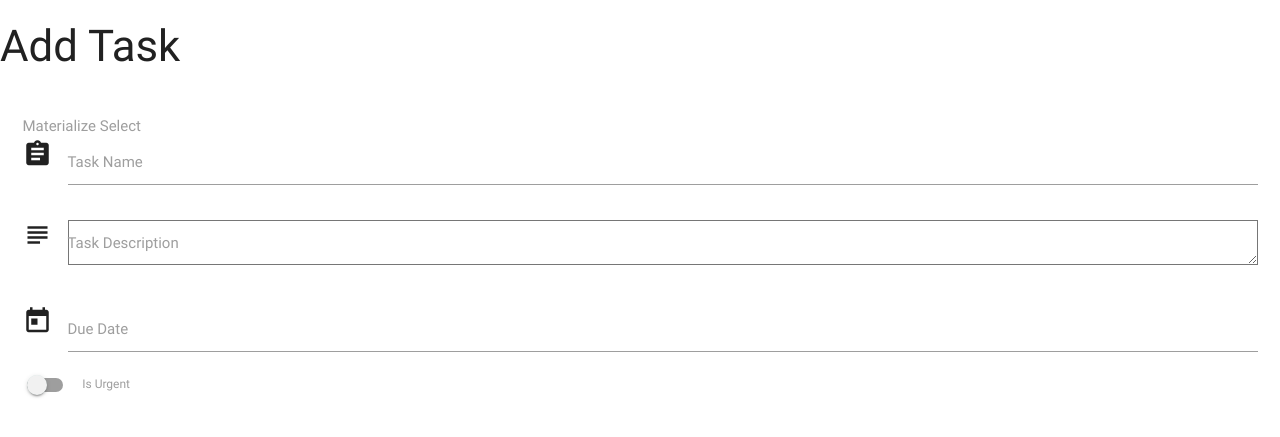
Repository: LiamB123/TaskManager
Page: templates/addtask.html
The author's editor kept a record of every edit. The page is drawn from the files as they stood at one moment, then again after the next edit.
The browser window is 1280 px wide. The pictures show the whole page.
Some web libraries are served in a nearby version. The page is served by the project's application, run on Flask 3 (app.py). The template is opened directly, without the code that normally fills it, so the values that code supplies are empty.

Above is the page before.
Console error: SyntaxError: Unexpected end of input

### templates/addtask.html
{% extends 'base.html' %} {% block content %}

<h3>Add Task</h3>

<div class="row">
    <form action="" method="POST" class="col s12">
        <div class="row">

            <div class="input-field col s12">
                <select>
      <option value="" disabled selected>Choose your option</option>
      <option value="1">Option 1</option>
      <option value="2">Option 2</option>
      <option value="3">Option 3</option>
    </select>
                <label>Materialize Select</label>
            </div>
        </div>
        <div class="row">
            <div class="input-field col s12">
                <i class="material-icons prefix">assignment</i>
                <input id="task_name" name="task_name" type="text" class="validate">
                <label for="icon_prefix">Task Name</label>
            </div>
            <div class="input-field col s12">
                <i class="material-icons prefix">subject</i>
                <textarea name="task_description" id="task_description" class="materalize-textarea" /></textarea>
                <label for="icon_telephone">Task Description</label>
            </div>
        </div>
        <div class="input-field col s12 " id="matfix">
            <i class="material-icons prefix">today</i>
            <input id="due_date" name="due_date" type="text" class="datepicker">
            <label for="icon_prefix">Due Date</label>
        </div>


        <div class="row">
            <div class="switch">
                <label>

      <input id = "is_urgent" name= "is_urgent" type="checkbox">
      <span class="lever"></span>
      Is Urgent
    </label>
            </div>

        </div>
    </form>
</div>

{% endblock %}

### templates/base.html
<!DOCTYPE html>
<html>

<head>
    <link href="https://fonts.googleapis.com/icon?family=Material+Icons" rel="stylesheet">
    <link rel="stylesheet" href="https://cdnjs.cloudflare.com/ajax/libs/materialize/0.100.2/css/materialize.min.css">
</head>

<body>
    {% block content %} {% endblock %}

    <script src="https://cdnjs.cloudflare.com/ajax/libs/jquery/3.2.1/jquery.min.js"></script>
    <script src="https://cdnjs.cloudflare.com/ajax/libs/materialize/0.100.2/js/materialize.min.js"></script>
    <script type="text/javascript">
        $(document).ready(function() {
            $('.collapsible').collapsible();
        });


  $(document).ready(function(){
    $('select').formSelect();


        document.getElementById("matfix").addEventListener("click", function(e) {
            e.stopPropagation();
        });
    </script>
</body>

</html>

### app.py
import os
from flask import Flask

app = Flask(__name__)

@app.route('/')
def hello():
    return 'Hello World ... again'


if __name__ == '__main__':
    app.run(host=os.environ.get('IP'),
    port=int(os.environ.get('PORT')),
    debug=True)

After the next edit:
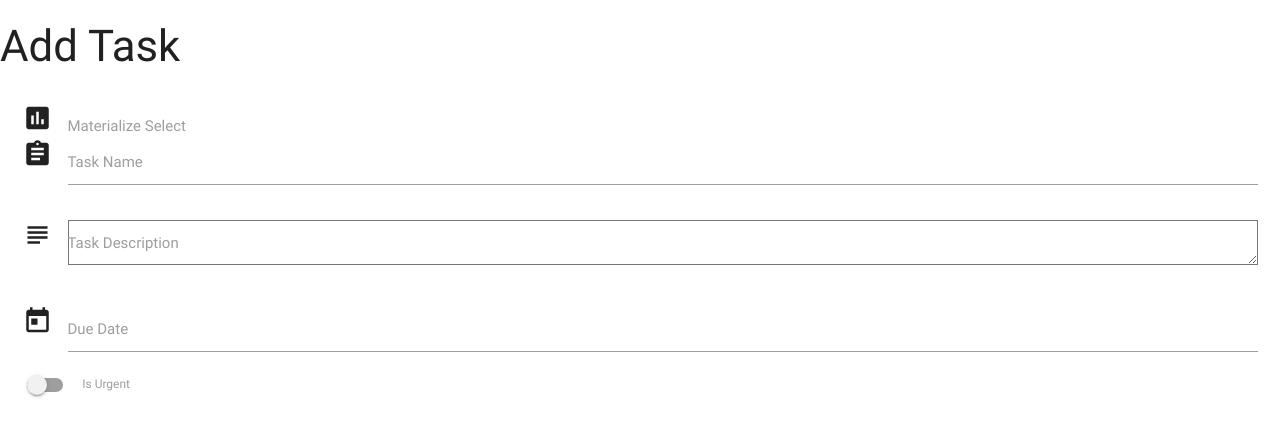
The edit:
--- a/templates/addtask.html
+++ b/templates/addtask.html
@@ -7,6 +7,7 @@
         <div class="row">
 
             <div class="input-field col s12">
+                <i class = "material-icons prefix">poll</i>
                 <select>
       <option value="" disabled selected>Choose your option</option>
       <option value="1">Option 1</option>
